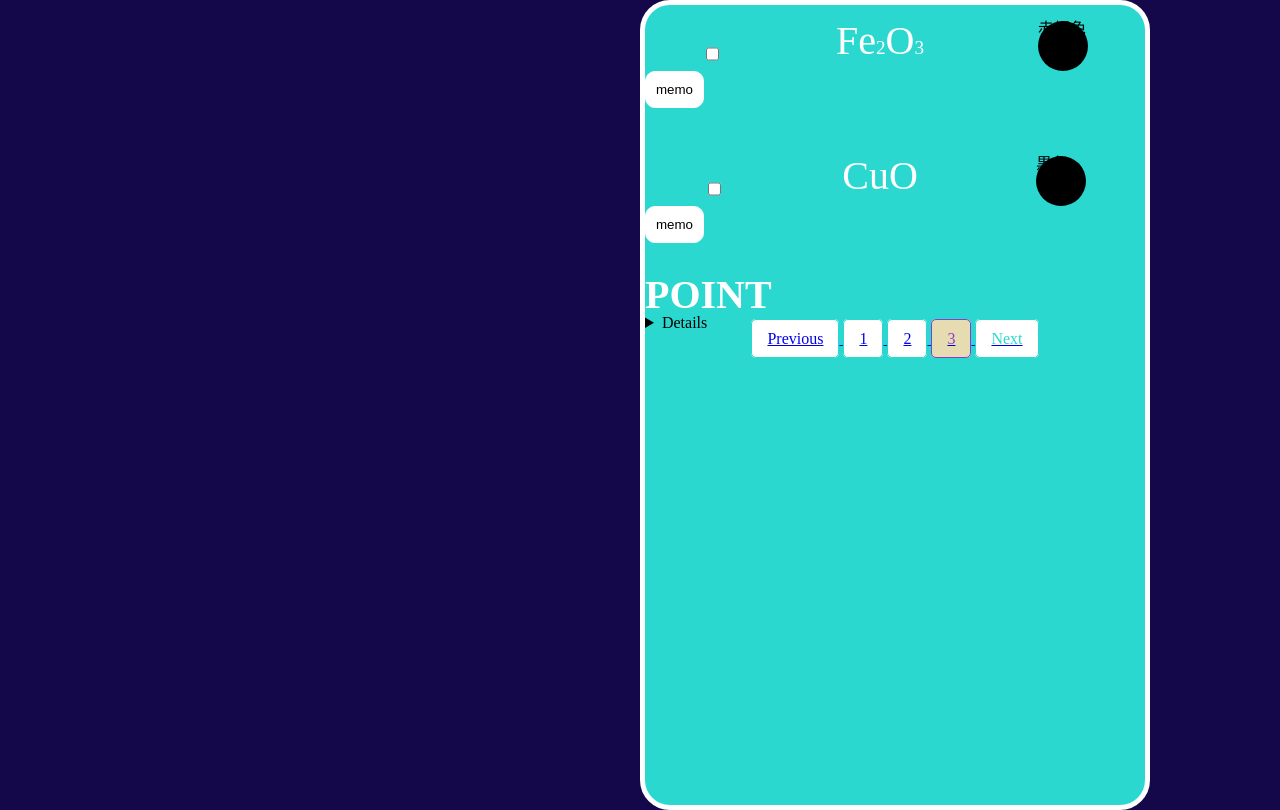
Repository: 1000sky/Inorganic_chemistry_application
Page: http://localhost/index6
These files come from the project's save history. The page is drawn as it stood at one moment and after the next save; the edit follows.
The browser window is 1280 px wide. The pictures show the whole page.
The page is served by the project's Laravel application, run on PHP 8.4 with Laravel 8. Other server files are loaded and not shown.

Above is the page before, as saved 2022-07-16 14:55:46.

### application/routes/web.php
<?php

use Illuminate\Support\Facades\Route;

/*
|--------------------------------------------------------------------------
| Web Routes
|--------------------------------------------------------------------------
|
| Here is where you can register web routes for your application. These
| routes are loaded by the RouteServiceProvider within a group which
| contains the "web" middleware group. Now create something great!
|
*/

Route::get('/home', function () {
    return view('welcome');
});

Route::get('/dashboard', function () {
    return view('dashboard');
})->middleware(['auth'])->name('dashboard');

require __DIR__.'/auth.php';



Route::get('/', function () {
    return view('index');
});

Route::get('/start', function () {
    return view('start');
})->middleware('auth');

Route::get('/explanation', function () {
    return view('explanation');
});

Route::get('/index2', function () {
    return view('index2');
});

Route::get('/index3', function () {
    return view('index3');
});

Route::get('/index4', function () {
    return view('index4');
});

Route::get('/index5', function () {
    return view('index5');
});

Route::get('/index6', function () {
    return view('index6');
});

Route::get('/index7', function () {
    return view('index7');
});

### application/resources/views/index6.blade.php
<!DOCTYPE html>
<html lang="ja">
<head>
    <meta charset="UTF-8">
    <meta name="viewport" content="width=device-width, initial-scale=1.0">
    <meta http-equiv="X-UA-Compatible" content="ie=edge">
    <title>Inorganic_chemistry_application</title>
    <link rel="stylesheet" href="css/reset.css" >
    <link rel="stylesheet" href="css/index.css" />

    <script language="JavaScript"><!--
      function setTF(fObj,vType)
      {
        fObj.style.visibility = vType;
      }
       --></script>
</head>
<body>
    <div class=card>
 {{-- 修正まだ --}}
        <div class=memorize>
          <input type="checkbox" class=checkbox name="">
          <div class=Chemical-formula>Fe<span>2</span>O<span>3</span></div>
          <div class=circle>赤褐色</div>
        </div>
        <form>
          <input type="button" class=button name="" value="memo" onClick="setTF(this.form.text1,'visible')">
          <input type="text" name="text1" style="visibility:hidden"><br>
        </form>
        <br>
        <br>


        <div class=memorize>
          <input type="checkbox" class=checkbox name="">
          <div class=Chemical-formula>CuO</div>
          <div class=circle>黒色</div>

        </div>
        <form>
          <input type="button" class=button name="" value="memo" onClick="setTF(this.form.text1,'visible')">
          <input type="text" name="text1" style="visibility:hidden"><br>
        </form>
        <br>
        <br>





      <div>
        <h3 class=point>POINT</h3>
       <details>

       </details>


     </div>



     <ul class="page">
       <li><a href="/index2">Previous</li>
       <li><a href="/">1</li>
       <li><a href="/index2">2</li>
       <li class="this">3</li>
       <li>Next</li>
       </ul>

     </div>


    </div>

</body>

### application/public/css/index.css
body {
    background-color: rgb(20, 8, 75);
}

.card {
  position: relative;
  top: 50%;
  left: 50%;
  width: 500px;
  height: 800px;

  background-color: rgb(42, 216, 208);
  border: solid 5px white;
  border-radius: 30px;
}
.checkbox{
    margin-top: 1.2rem;

}
.memorize{
  padding-top: 1.0rem;
  display: flex;
  justify-content: space-around;
}

.Chemical-formula {
    color: white;
    font-size: 2.5rem;
}

.circle{
  width: 50px;
  height: 50px;
  background: black;
  border-radius: 50%;

}
.circle:hover{
    background-color: white;

}

.button{
    border-radius: 10px;
    border: solid 1px white;
    background-color: white;
    padding: 10px;
}

span {
  font-size: 1.2rem;
}

.point {
   color: white;

  font-size: 2.5rem;
}
.h3 {

}


.page{


  text-align: center;
}

.page li{
  display: inline;
  padding:10px 15px;
  border:solid 1px ;
  border-radius: 5px ;
  color: rgb(42, 216, 208);
  background-color: white;


}



.page li a:hover {
  background-color: rgb(255, 231, 51);
  text-decoration: none;
}

.page li {

  text-decoration: none;
  color: rgb(42, 216, 208);
}

.page .this {
  background-color:rgb(231, 219, 177);
  color:rgb(140, 59, 206);
  text-decoration: none;
}

#point {
  display: flex;
	justify-content: center;

  cursor: pointer;
  width: 450px;
  text-align: center;
  border: 1px solid white;
  border-radius: 5px ;
}

#point-text {
  display: flex;
	justify-content: center;

  color: white;
}

Loaded but not shown: application/routes/auth.php (common file); application/public/css/reset.css (common file)

After the next save:
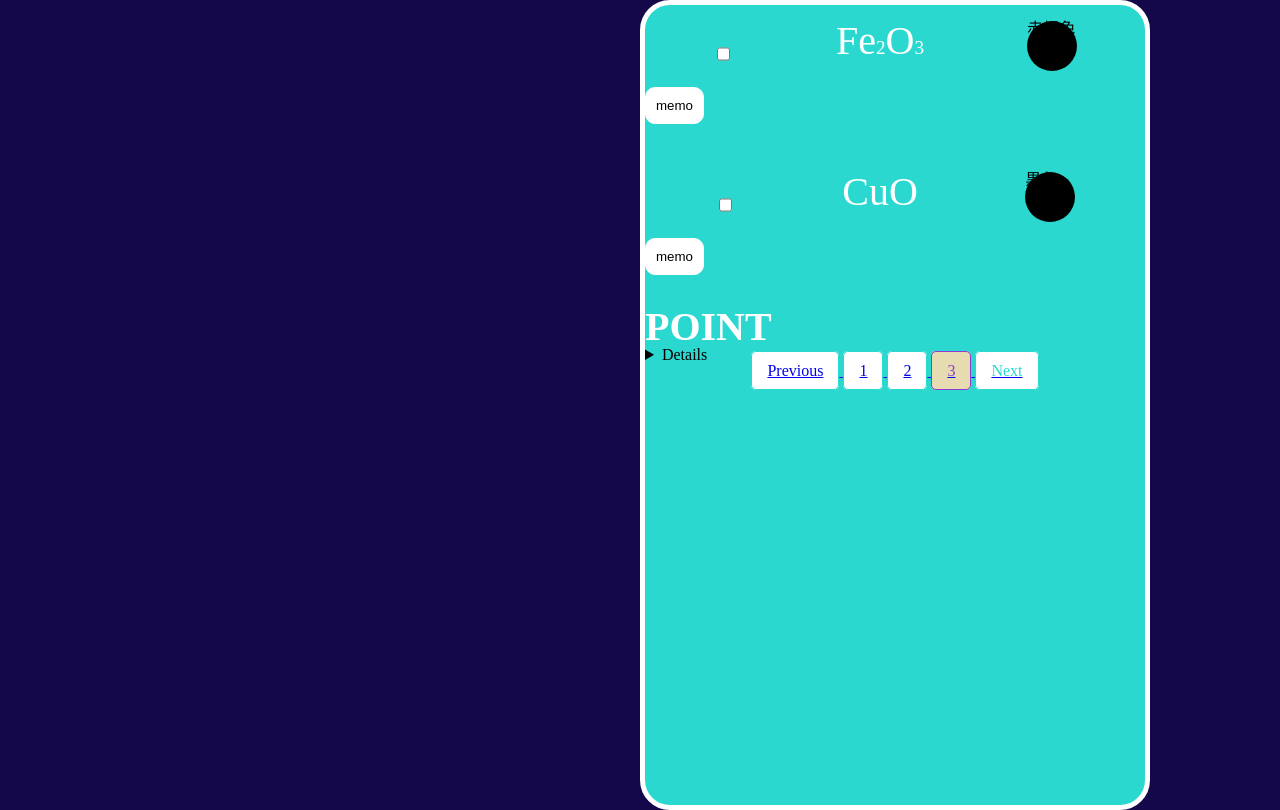
Saved 18 s later.
--- a/application/public/css/index.css
+++ b/application/public/css/index.css
@@ -18,7 +18,7 @@ body {
 
 }
 .memorize{
-  padding-top: 1.0rem;
+  padding: 1.0rem;
   display: flex;
   justify-content: space-around;
 }
